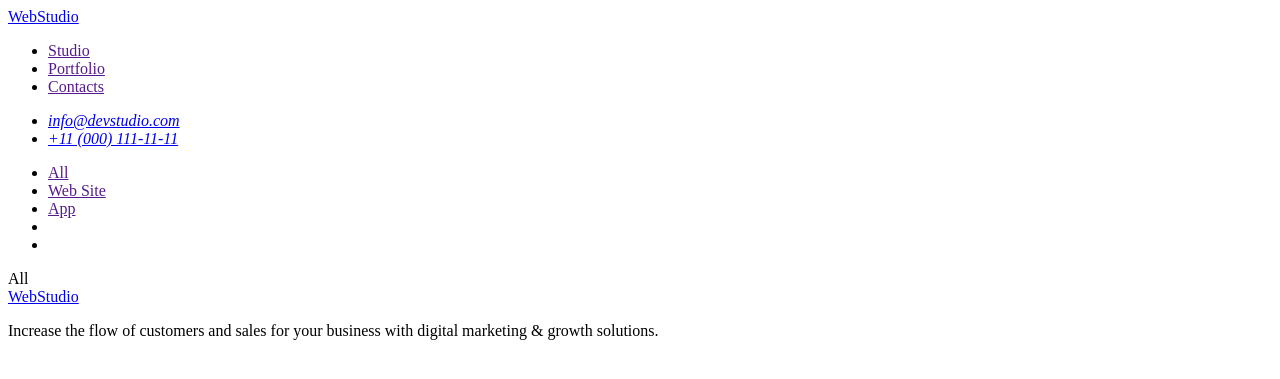
Repository: GrishchenkoNataliya/goit-markup-hw-02
Page: portfolio/indtx.html
The author's editor kept a copy of each file at every save. The page is drawn from the files as they stood at one save, then again after the next save.
The browser window is 1280 px wide. The pictures show the whole page.

Above is the page before, as saved 2023-02-27 12:23:01.

### portfolio/indtx.html
<!DOCTYPE html>
<html lang="en">
  <head>
    <meta charset="UTF-8" />
    <meta http-equiv="X-UA-Compatible" content="IE=edge" />
    <meta name="viewport" content="width=device-width, initial-scale=1.0" />
    <title>homework_1</title>
  </head>
  <body>
    <header>
      <nav>
        <a href="./index.html">WebStudio</a>
        <ul>
          <li>
            <a href="" target="_blank" rel="noopener noreferrer nofollow"
              >Studio</a
            >
          </li>
          <li>
            <a href="" target="_blank" rel="noopener noreferrer nofollow"
              >Portfolio</a
            >
          </li>
          <li>
            <a href="" target="_blank" rel="noopener noreferrer nofollow"
              >Contacts</a
            >
          </li>
        </ul>
      </nav>
      <address>
        <ul>
          <li><a href="mailto:info@devstudio.com">info@devstudio.com</a></li>
          <li><a href="tel:+110001111111">+11 (000) 111-11-11</a></li>
        </ul>
      </address>
    </header>
    <main>
      <ul>
        <li>
          <a href=""><label>All</label></a>
        </li>
        <li>
          <a href=""><label>Web Site</label></a>
        </li>
        <li>
          <a href=""><label>App</label></a>
        </li>
        <li></li>
        <li></li>
      </ul>
      <label for="">All</label>
    </main>
    <footer>
      <a href="./index.html">WebStudio</a>

      <p>
        Increase the flow of customers and sales for your business with digital
        marketing & growth solutions.
      </p>
      <!-- Dark-bg -->
    </footer>
  </body>
</html>

After the next save:
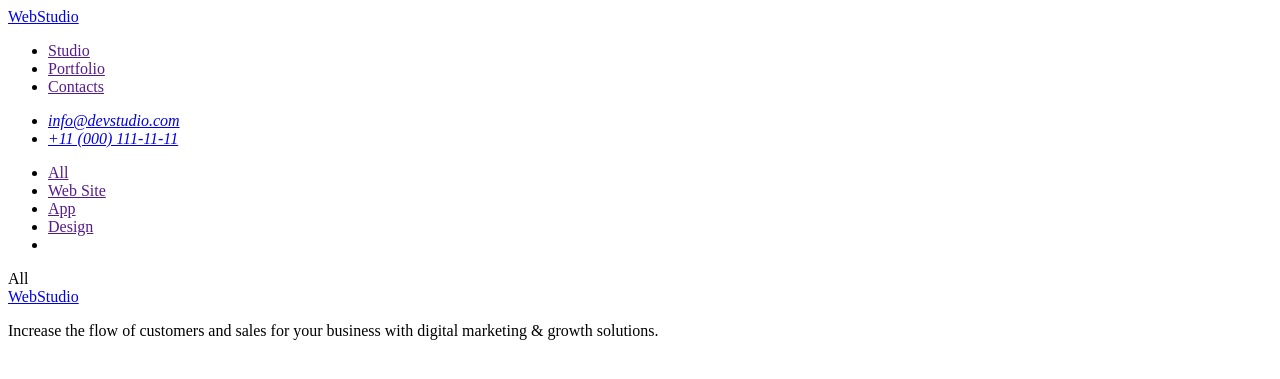
Saved 52 s later.
--- a/portfolio/indtx.html
+++ b/portfolio/indtx.html
@@ -46,8 +46,12 @@
         <li>
           <a href=""><label>App</label></a>
         </li>
-        <li></li>
-        <li></li>
+        <li>
+          <a href=""><label>Design</label></a>
+        </li>
+        <li>
+          <a href=""><label></label></a>
+        </li>
       </ul>
       <label for="">All</label>
     </main>
